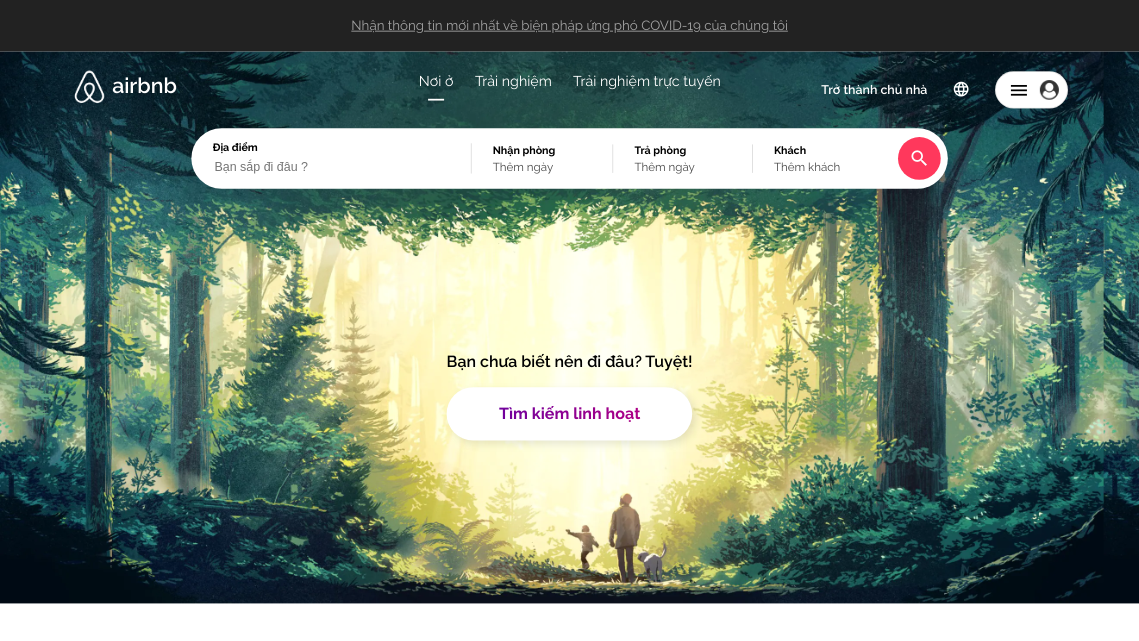
Repository: vanntrong/airbnb-clone
Page: index.html
These files come from the project's save history. The page is drawn as it stood at one moment and after the next save; the edit follows.
The browser window is 1280 px wide. The pictures show the whole page, at 89% of full size.

Above is the page before, as saved 2021-09-22 18:52:31.

After the next save:
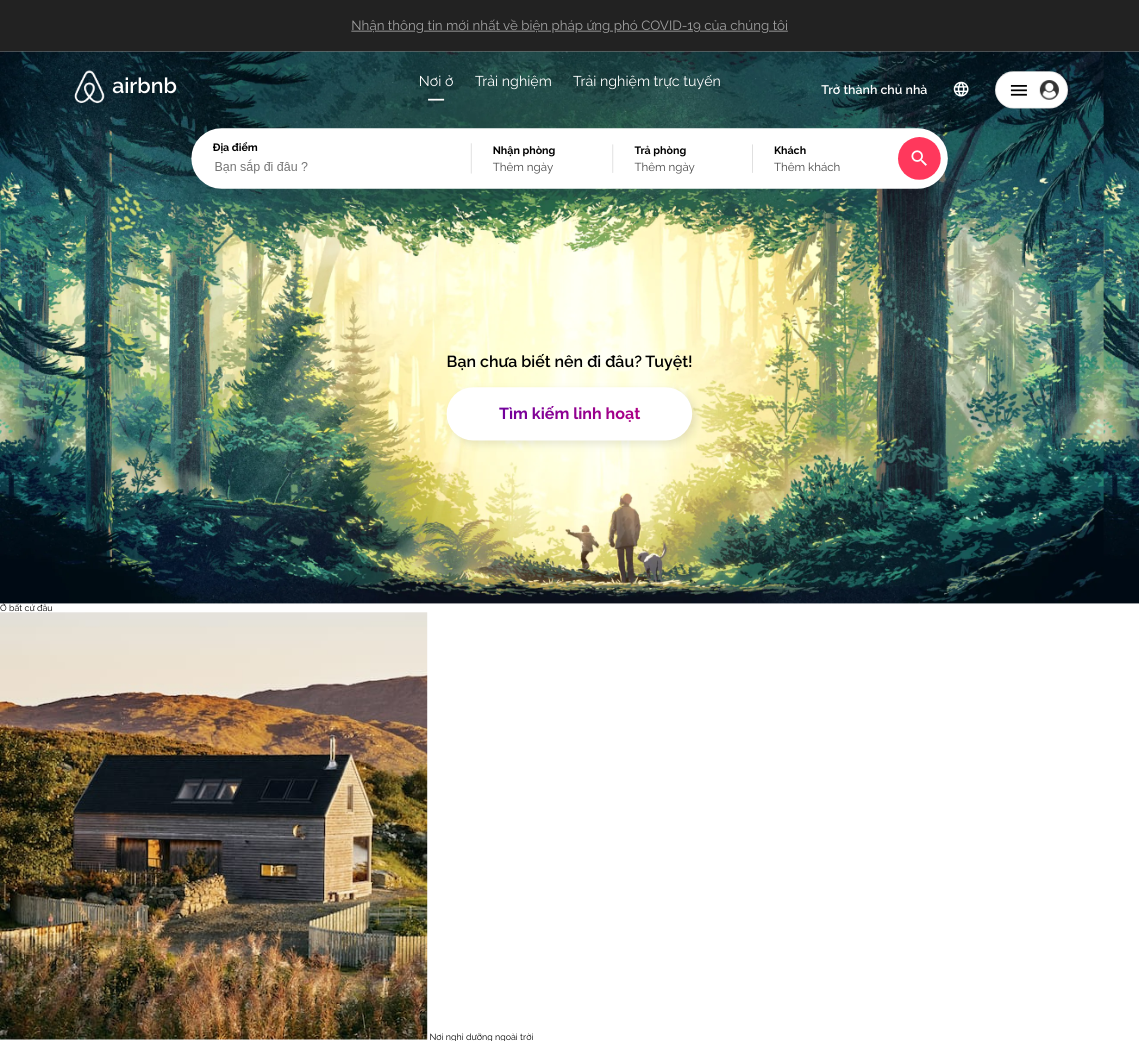
Saved 6 min 19 s later.
--- a/index.html
+++ b/index.html
@@ -93,7 +93,20 @@
         </div>
       </div>
     </header>
-    <div class="banner"></div>
+    <div class="banner">
+      <h2 class="banner__header">Ở bất cứ đâu</h2>
+      <div class="banner__container">
+        <ul class="banner__list">
+          <li class="banner__item">
+            <img src="./assets/images/banner/banner1.png" class="banner__item-img" />
+            <span class="banner__item-text">Nơi nghỉ dưỡng ngoài trời</span>
+          </li>
+          <li class="banner__item"></li>
+          <li class="banner__item"></li>
+          <li class="banner__item"></li>
+        </ul>
+      </div>
+    </div>
     <div class="contaier"></div>
     <footer class="footer"></footer>
   </body>
